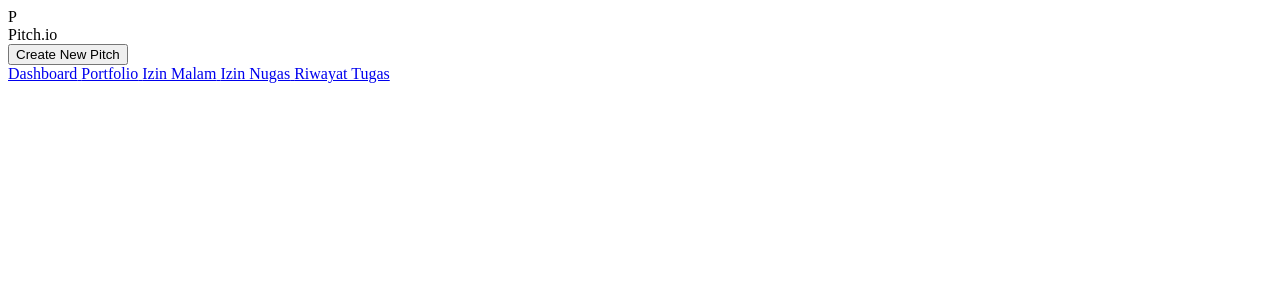
Repository: fatkquladhim/multimedia_app
Page: http://localhost/user/sidebar.php
An editor plug-in stored every save of this project. The page is shown before and after the next save, followed by the edit.
The browser window is 1280 px wide. The pictures show the whole page.
The page is run by PHP 8.4 with error messages shown; the project is at /var/www/html/.

Above is the page before, as saved 2025-07-16 14:05:22.

After the next save:
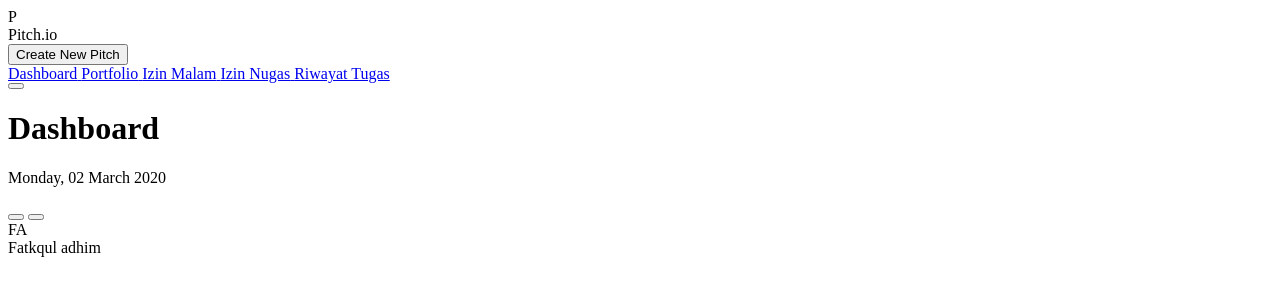
Saved 64 s later.
--- a/user/sidebar.php
+++ b/user/sidebar.php
@@ -43,3 +43,37 @@
         </a>
     </nav>
 </div>
+
+                <!-- Header -->
+                <header class="bg-white border-b border-gray-200 p-6">
+                    <div class="flex items-center justify-between">
+                        <div class="flex items-center">
+                            <!-- Sidebar Toggle Button -->
+                            <button id="sidebarToggle" class="p-2 text-gray-600 hover:text-gray-800 focus:outline-none mr-4">
+                                <i class="fas fa-bars text-xl"></i>
+                            </button>
+                            <div>
+                                <h1 class="text-2xl font-bold text-gray-800">Dashboard</h1>
+                                <p class="text-gray-600">Monday, 02 March 2020</p>
+                            </div>
+                        </div>
+
+                        <div class="flex items-center space-x-4">
+                            <button class="p-2 text-gray-600 hover:text-gray-800">
+                                <i class="fas fa-envelope text-xl"></i>
+                            </button>
+                            <button class="p-2 text-gray-600 hover:text-gray-800">
+                                <i class="fas fa-bell text-xl"></i>
+                            </button>
+                            <div class="flex items-center space-x-2">
+                                <div class="w-10 h-10 bg-purple-600 rounded-full flex items-center justify-center">
+                                    <span class="text-white font-bold text-sm">FA</span>
+                                </div>
+                                <div class="flex items-center space-x-1">
+                                    <span class="font-medium text-gray-800">Fatkqul adhim</span>
+                                    <i class="fas fa-chevron-down text-gray-600 text-sm"></i>
+                                </div>
+                            </div>
+                        </div>
+                    </div>
+                </header>

After the 2 saves that followed:
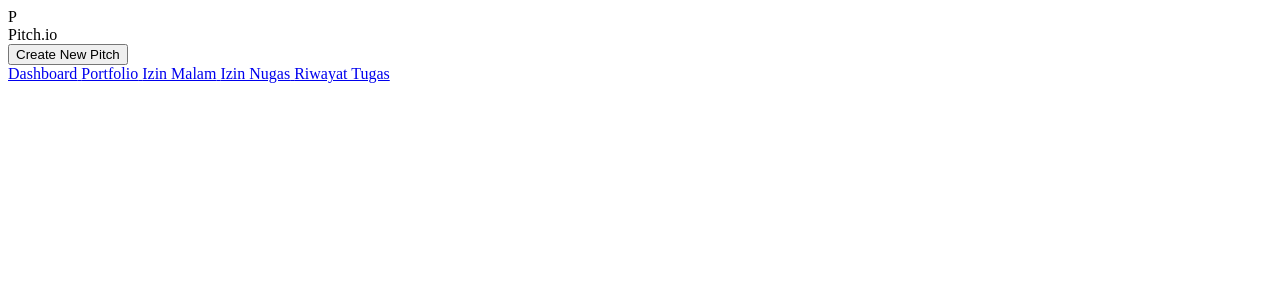
The 2 saves are shown as one change because 1 left the picture as it was.
The last was saved 106 s later.
--- a/user/sidebar.php
+++ b/user/sidebar.php
@@ -43,37 +43,3 @@
         </a>
     </nav>
 </div>
-
-                <!-- Header -->
-                <header class="bg-white border-b border-gray-200 p-6">
-                    <div class="flex items-center justify-between">
-                        <div class="flex items-center">
-                            <!-- Sidebar Toggle Button -->
-                            <button id="sidebarToggle" class="p-2 text-gray-600 hover:text-gray-800 focus:outline-none mr-4">
-                                <i class="fas fa-bars text-xl"></i>
-                            </button>
-                            <div>
-                                <h1 class="text-2xl font-bold text-gray-800">Dashboard</h1>
-                                <p class="text-gray-600">Monday, 02 March 2020</p>
-                            </div>
-                        </div>
-
-                        <div class="flex items-center space-x-4">
-                            <button class="p-2 text-gray-600 hover:text-gray-800">
-                                <i class="fas fa-envelope text-xl"></i>
-                            </button>
-                            <button class="p-2 text-gray-600 hover:text-gray-800">
-                                <i class="fas fa-bell text-xl"></i>
-                            </button>
-                            <div class="flex items-center space-x-2">
-                                <div class="w-10 h-10 bg-purple-600 rounded-full flex items-center justify-center">
-                                    <span class="text-white font-bold text-sm">FA</span>
-                                </div>
-                                <div class="flex items-center space-x-1">
-                                    <span class="font-medium text-gray-800">Fatkqul adhim</span>
-                                    <i class="fas fa-chevron-down text-gray-600 text-sm"></i>
-                                </div>
-                            </div>
-                        </div>
-                    </div>
-                </header>
